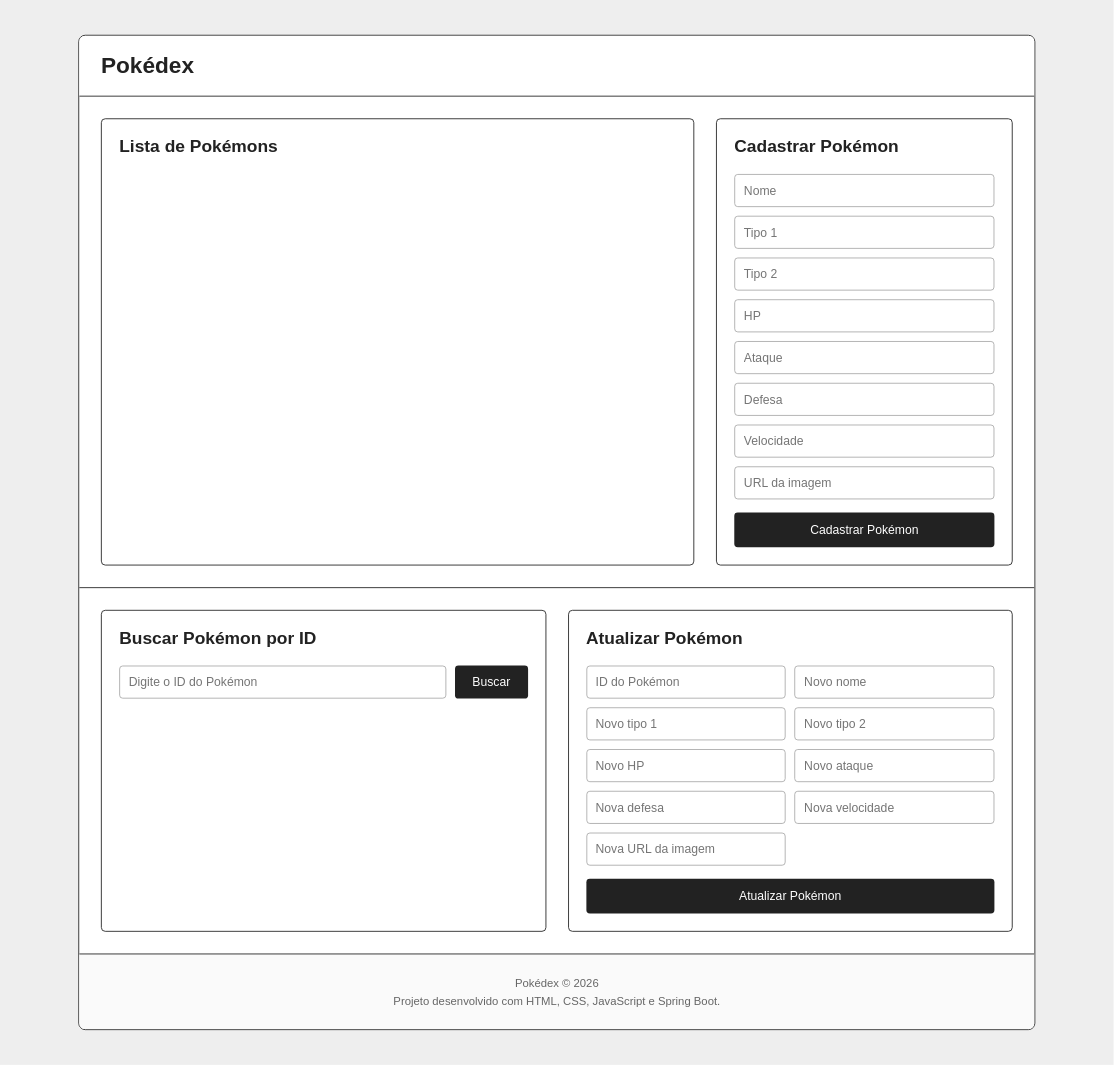
Repository: arthurSchgg/pokedex
Page: front-end/index.html
The author's editor kept a copy of each file at every save. The page is drawn from the files as they stood at one save, then again after the next save.
The browser window is 1280 px wide. The pictures show the whole page, at 87% of full size.
The page's requests for data from a server got no answer.

Above is the page before, as saved 2026-10-01 16:41:27.

### front-end/index.html
<!DOCTYPE html>
<html lang="pt-br">

<head>
    <meta charset="UTF-8">
    <meta name="viewport" content="width=device-width, initial-scale=1.0">

    <link rel="stylesheet" href="style.css">

    <title>Pokédex</title>
</head>

<body>

    <div id="app">

        <!-- CABEÇALHO -->
        <header>

            <h1>Pokédex</h1>

        </header>


        <!-- LISTA + CADASTRO -->
        <main>

            <section class="lista">

                <h2>Lista de Pokémons</h2>

                <div id="container-pokemon">
                </div>

            </section>


            <aside class="lateral">

                <h2>Cadastrar Pokémon</h2>

                <form id="pokemon-form">

                    <input
                        id="nome"
                        type="text"
                        placeholder="Nome"
                        required
                    >

                    <input
                        id="tipo1"
                        type="text"
                        placeholder="Tipo 1"
                        required
                    >

                    <input
                        id="tipo2"
                        type="text"
                        placeholder="Tipo 2"
                    >

                    <input
                        id="hp"
                        type="number"
                        placeholder="HP"
                        required
                    >

                    <input
                        id="ataque"
                        type="number"
                        placeholder="Ataque"
                        required
                    >

                    <input
                        id="defesa"
                        type="number"
                        placeholder="Defesa"
                        required
                    >

                    <input
                        id="velocidade"
                        type="number"
                        placeholder="Velocidade"
                        required
                    >

                    <input
                        id="imagem_url"
                        type="text"
                        placeholder="URL da imagem"
                        required
                    >

                    <button type="submit">
                        Cadastrar Pokémon
                    </button>

                </form>

            </aside>

        </main>


        <!-- BUSCAR + ATUALIZAR -->
        <section class="acoes">


            <!-- BUSCAR POR ID -->
            <div id="area-buscar">

                <h2>Buscar Pokémon por ID</h2>

                <div class="busca">

                    <input
                        type="number"
                        id="id"
                        placeholder="Digite o ID do Pokémon"
                    >

                    <button id="buscar-pokemon">
                        Buscar
                    </button>

                </div>

                <div id="pokemon-buscado"></div>

            </div>


            <!-- ATUALIZAR -->
            <div id="area-atualizar">

                <h2>Atualizar Pokémon</h2>

                <form id="pokemon-update-form">

                    <input
                        type="number"
                        id="update-id"
                        placeholder="ID do Pokémon"
                        required
                    >

                    <input
                        type="text"
                        id="update-nome"
                        placeholder="Novo nome"
                        required
                    >

                    <input
                        type="text"
                        id="update-tipo1"
                        placeholder="Novo tipo 1"
                        required
                    >

                    <input
                        type="text"
                        id="update-tipo2"
                        placeholder="Novo tipo 2"
                    >

                    <input
                        type="number"
                        id="update-hp"
                        placeholder="Novo HP"
                        required
                    >

                    <input
                        type="number"
                        id="update-ataque"
                        placeholder="Novo ataque"
                        required
                    >

                    <input
                        type="number"
                        id="update-defesa"
                        placeholder="Nova defesa"
                        required
                    >

                    <input
                        type="number"
                        id="update-velocidade"
                        placeholder="Nova velocidade"
                        required
                    >

                    <input
                        type="text"
                        id="update-imagem_url"
                        placeholder="Nova URL da imagem"
                        required
                    >

                    <button type="submit">
                        Atualizar Pokémon
                    </button>

                </form>

            </div>

        </section>


        <!-- FOOTER -->
        <footer>

            <p>Pokédex © 2026</p>

            <p>
                Projeto desenvolvido com HTML, CSS, JavaScript e Spring Boot.
            </p>

        </footer>

    </div>


    <script src="script.js"></script>

</body>

</html>

### front-end/style.css
* {
    box-sizing: border-box;
    margin: 0;
    padding: 0;
}


body {
    font-family: Arial, Helvetica, sans-serif;

    background-color: #eeeeee;

    color: #222;

    padding: 40px 20px;
}

#app {
    width: 1100px;

    max-width: 100%;

    margin: 0 auto;

    background-color: white;

    border: 1px solid #222;

    border-radius: 8px;

    overflow: hidden;
}

header {
    height: 70px;

    display: flex;

    align-items: center;

    padding: 0 25px;

    border-bottom: 1px solid #222;

    background-color: white;
}

header h1 {
    font-size: 26px;

    font-weight: bold;
}

main {
    display: grid;

    grid-template-columns: 2fr 1fr;

    gap: 25px;

    padding: 25px;
}

.lista {
    border: 1px solid #222;

    border-radius: 5px;

    padding: 20px;

    min-height: 500px;
}

.lista h2 {
    font-size: 20px;

    margin-bottom: 20px;
}

#container-pokemon {
    display: grid;

    grid-template-columns: repeat(3, 1fr);

    gap: 15px;

    max-height: 420px;

    overflow-y: auto;

    padding: 5px;
}

.card-pokemon {
    border: 1px solid #cccccc;

    border-radius: 8px;

    background-color: #fafafa;

    padding: 12px;

    text-align: center;

    cursor: pointer;

    transition:
        transform 0.2s,
        box-shadow 0.2s,
        border-color 0.2s;
}

.card-pokemon:hover {
    transform: translateY(-3px);

    border-color: #222;

    box-shadow: 0 4px 10px rgba(0, 0, 0, 0.15);
}

.card-pokemon img {
    display: block;

    width: 100px;

    height: 100px;

    object-fit: contain;

    margin: 8px auto;
}
.card-pokemon h2 {
    font-size: 18px;

    margin-bottom: 6px;
}

.pokemon-id {
    color: #777;

    font-size: 12px !important;

    font-weight: bold;
}

.pokemon-tipos {
    font-size: 13px;

    color: #555;

    margin-top: 5px;
}

.lateral {
    border: 1px solid #222;

    border-radius: 5px;

    padding: 20px;

    min-height: 500px;
}

.lateral h2 {
    font-size: 20px;

    margin-bottom: 20px;
}

form {
    display: flex;

    flex-direction: column;

    gap: 10px;
}

form input {
    width: 100%;

    height: 38px;

    padding: 8px 10px;

    border: 1px solid #aaa;

    border-radius: 4px;

    font-size: 14px;

    background-color: white;
}

form input:focus {
    outline: none;

    border-color: #222;
}

form button {
    width: 100%;

    height: 40px;

    margin-top: 5px;

    border: none;

    border-radius: 4px;

    background-color: #222;

    color: white;

    font-size: 14px;

    cursor: pointer;

    transition: background-color 0.2s;
}

form button:hover {
    background-color: #444;
}

.acoes {
    display: grid;

    grid-template-columns: 1fr 1fr;

    gap: 25px;

    padding: 25px;

    border-top: 1px solid #222;
}

#area-buscar {
    border: 1px solid #222;

    border-radius: 5px;

    padding: 20px;

    min-height: 300px;
}

#area-buscar h2 {
    font-size: 20px;

    margin-bottom: 20px;
}

.busca {
    display: flex;

    gap: 10px;
}

.busca input {
    flex: 1;

    height: 38px;

    padding: 8px 10px;

    border: 1px solid #aaa;

    border-radius: 4px;

    font-size: 14px;
}

.busca input:focus {
    outline: none;

    border-color: #222;
}

.busca button {
    height: 38px;

    padding: 0 20px;

    border: none;

    border-radius: 4px;

    background-color: #222;

    color: white;

    font-size: 14px;

    cursor: pointer;
}

.busca button:hover {
    background-color: #444;
}

#pokemon-buscado {
    margin-top: 20px;
}

#pokemon-buscado .card-pokemon {
    cursor: default;

    max-width: 350px;
}

#area-atualizar {
    border: 1px solid #222;

    border-radius: 5px;

    padding: 20px;

    min-height: 300px;
}

#area-atualizar h2 {
    font-size: 20px;

    margin-bottom: 20px;
}

#pokemon-update-form {
    display: grid;

    grid-template-columns: 1fr 1fr;

    gap: 10px;
}

#pokemon-update-form input {
    width: 100%;
}

#pokemon-update-form button {
    grid-column: 1 / -1;
}

footer {
    border-top: 1px solid #222;

    padding: 25px;

    text-align: center;

    background-color: #fafafa;

    color: #666;

    font-size: 13px;
}

footer p + p {
    margin-top: 6px;
}

#container-pokemon::-webkit-scrollbar {
    width: 8px;
}

#container-pokemon::-webkit-scrollbar-track {
    background: #eeeeee;

    border-radius: 5px;
}

#container-pokemon::-webkit-scrollbar-thumb {
    background: #999;

    border-radius: 5px;
}

#container-pokemon::-webkit-scrollbar-thumb:hover {
    background: #666;
}

@media (max-width: 900px) {

    main {
        grid-template-columns: 1fr;
    }

    .acoes {
        grid-template-columns: 1fr;
    }

    .lateral {
        min-height: auto;
    }

}

@media (max-width: 450px) {

    #container-pokemon {
        grid-template-columns: 1fr;
    }

    .busca {
        flex-direction: column;
    }

    .busca button {
        width: 100%;
    }

    header {
        justify-content: center;
    }

    header h1 {
        font-size: 23px;
    }

}

### front-end/script.js
const API_URL = "http://localhost:8181/v1/pokedex";

//Lista os pokemons
async function carregarPokemon() {
    try {
        const resposta = await fetch(`${API_URL}/listar`);

        if (!resposta.ok) {
            throw new Error(`Erro no servidor: ${resposta.status}`);
        }

        const pokemons = await resposta.json();

        console.log("Pokémons carregados:", pokemons);

        const container = document.getElementById("container-pokemon");

        pokemons.forEach(pokemon => {

            const card = document.createElement("div");

            card.innerHTML = `
                <p class="pokemon-id">#${String(pokemon.id).padStart(3, "0")}</p>

                <img src="${pokemon.imagemUrl}" alt="${pokemon.nome}">

                <h2>${pokemon.nome}</h2>

                <div class="pokemon-tipos">
                    <span>${pokemon.tipo1}</span>
                    ${pokemon.tipo2 ? `<span> / ${pokemon.tipo2}</span>` : ""}
                </div>

            `;

            container.appendChild(card);
        });

    } catch (erro) {
        console.error("Erro ao buscar pokémons na linha do fetch:", erro);
    }
}

carregarPokemon();


//Cadastra um novo pokémon
const formulario = document.getElementById("pokemon-form");

formulario.addEventListener("submit", async (event) => {

    event.preventDefault();

    const pokemon = {

        nome: document.getElementById("nome").value,

        tipo1: document.getElementById("tipo1").value,

        tipo2: document.getElementById("tipo2").value,

        hp: Number(document.getElementById("hp").value),

        ataque: Number(document.getElementById("ataque").value),

        defesa: Number(document.getElementById("defesa").value),

        velocidade: Number(document.getElementById("velocidade").value),

        imagemUrl: document.getElementById("imagem_url").value
    }

    try {
        const resposta = await fetch(
            "http://localhost:8181/v1/pokedex/cadastrar",
            {
                method: "POST",

                headers: {
                    "Content-Type": "application/json"
                },

                body: JSON.stringify(pokemon)
            }
        );

        if (!resposta.ok) {
            throw new Error("Erro ao cadastrar Pokémon");
        }

        const pokemonCadastrado = await resposta.json();

        console.log("Pokémon cadastrado: " + pokemonCadastrado);

        alert("Pokémon cadastrado com sucesso!");

        formulario.reset();
    } catch (erro) {
        console.error("Erro: ", erro);

        alert("Não foi possível cadastrar o Pokémon.")
    }
});

//Busca um pokémon pelo seu ID

const botaoBuscar = document.getElementById("buscar-pokemon");

botaoBuscar.addEventListener("click", async () => {

    const id = document.getElementById("id").value;

    if (!id) {
        alert("Digite um ID.");
        return;
    }

    try {
        const resposta = await fetch(`${API_URL}/${id}`);

        if (!resposta.ok) {
            throw new Error(`Pokémon não encontrado. Status: ${resposta.status}`);
        }

        const pokemon = await resposta.json();

        console.log("Pokémon encontrado: ", pokemon);

        const container = document.getElementById("pokemon-buscado");

        container.innerHTML = `
            <div class="card-pokemon">

                <h2>${pokemon.nome}</h2>

                <img
                    src="${pokemon.imagemUrl}"
                    alt="${pokemon.nome}"
                >

                <p>Tipo 1: ${pokemon.tipo1}</p>
                <p>Tipo 2: ${pokemon.tipo2 || "Nenhum"}</p>

                <p>HP: ${pokemon.hp}</p>
                <p>Ataque: ${pokemon.ataque}</p>
                <p>Defesa: ${pokemon.defesa}</p>
                <p>Velocidade: ${pokemon.velocidade}</p>

            </div>
        `;
    } catch (erro) {
        console.error("Erro ao buscar o Pokémon: ", erro);

        alert("Pokémon não encontrado");
    }

});


//Atualiza o pokémon pelo ID
const formularioUpdate = document.getElementById("pokemon-update-form");

formularioUpdate.addEventListener("submit", async (event) => {

    event.preventDefault();

    const id = document.getElementById("update-id").value;

    if (!id) {
        alert("Digite o ID do pokémon");
        return;
    }

    const pokemon = {

        nome: document.getElementById("update-nome").value,

        tipo1: document.getElementById("update-tipo1").value,

        tipo2: document.getElementById("update-tipo2").value,

        hp: Number(document.getElementById("update-hp").value),

        ataque: Number(document.getElementById("update-ataque").value),

        defesa: Number(document.getElementById("update-defesa").value),

        velocidade: Number(
            document.getElementById("update-velocidade").value
        ),

        imagemUrl: document.getElementById("update-imagem_url").value
    };

    try {
        const resposta = await fetch(`${API_URL}/${id}`, {
            method: "PUT",

            headers: {
                "Content-Type": "application/json"
            },

            body: JSON.stringify(pokemon)
        });

        if (!resposta.ok) {
            throw new Error(`Erro ao atualizar o pokémon: ${resposta.status}`);
        }

        const pokemonAtualizado = await resposta.json();

        console.log("Pokémon atualizado", pokemonAtualizado);

        alert("Pokémon atualizado com sucesso!");

        formularioUpdate.reset();

    } catch (erro) {

        console.error("Erro ao atulizar o Pokémon: ", erro);

        alert("Não foi possível atualizar o Pokémon");
    }
});

After the next save:
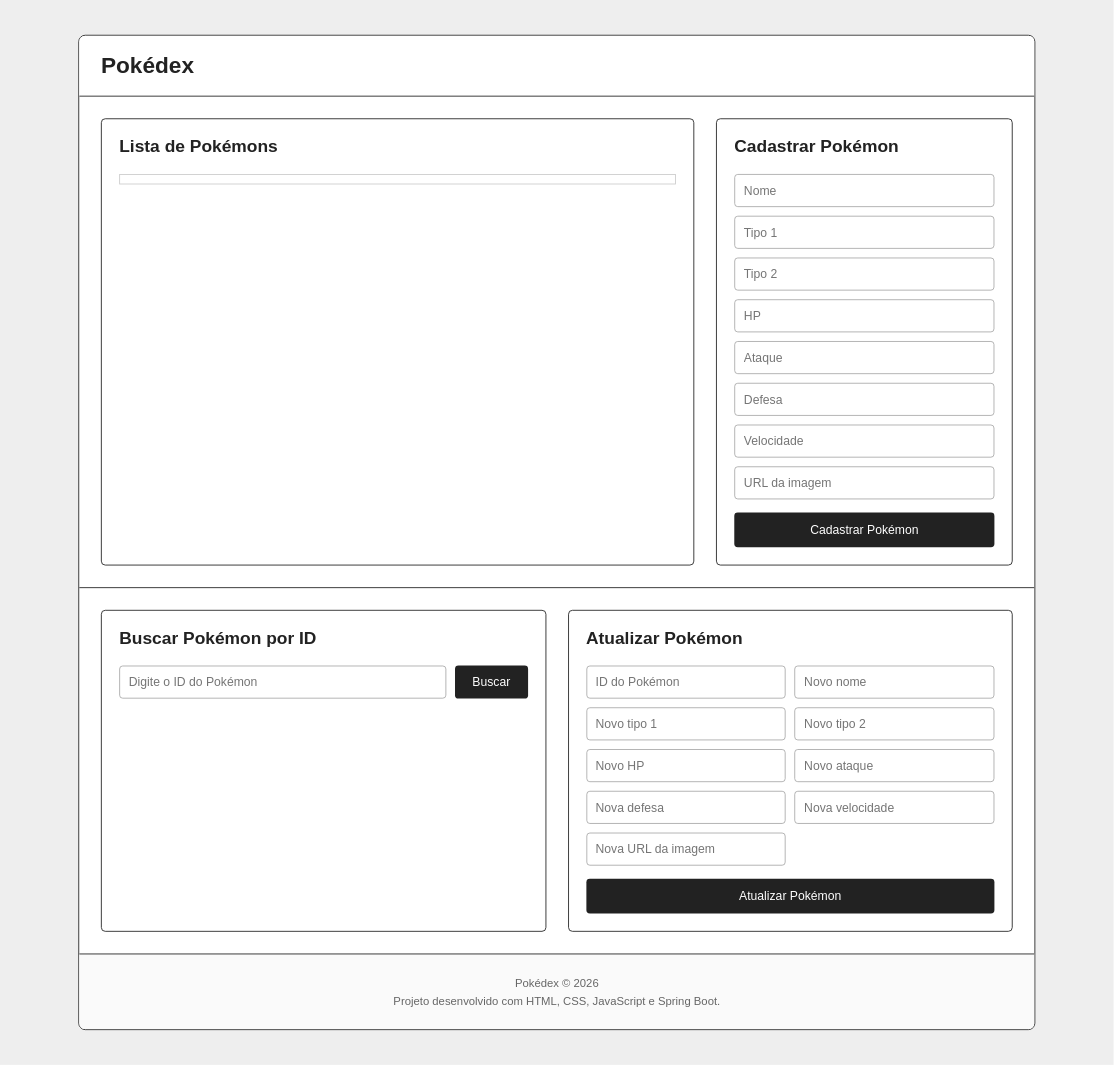
Saved 33 s later.
--- a/front-end/style.css
+++ b/front-end/style.css
@@ -79,6 +79,7 @@
 
 #container-pokemon {
     display: grid;
+    border: 1px solid #cccccc;
 
     grid-template-columns: repeat(3, 1fr);
 
